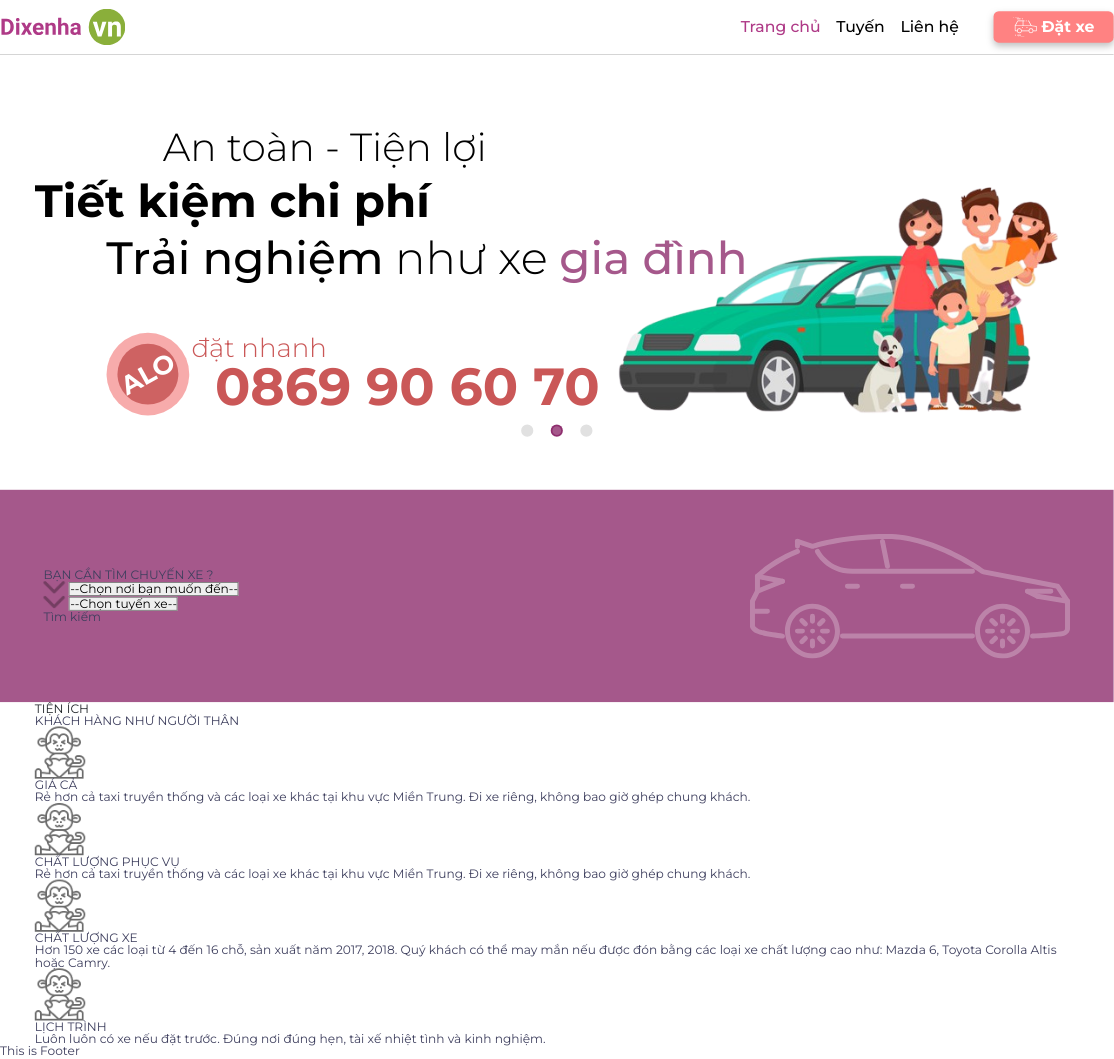
Repository: thanhthien0706/last_project--fe004
Page: lastProductF004/dist/index.html
These files come from the project's save history. The page is drawn as it stood at one moment and after the next save; the edit follows.
The browser window is 1280 px wide. The pictures show the whole page, at 87% of full size.
Some web libraries are served in a nearby version. The style sheet was rebuilt from its Sass, Less or Tailwind sources for each picture, by a compiler version that may differ from the author's.

Above is the page before, as saved 2021-09-16 21:13:33.

After the next save:
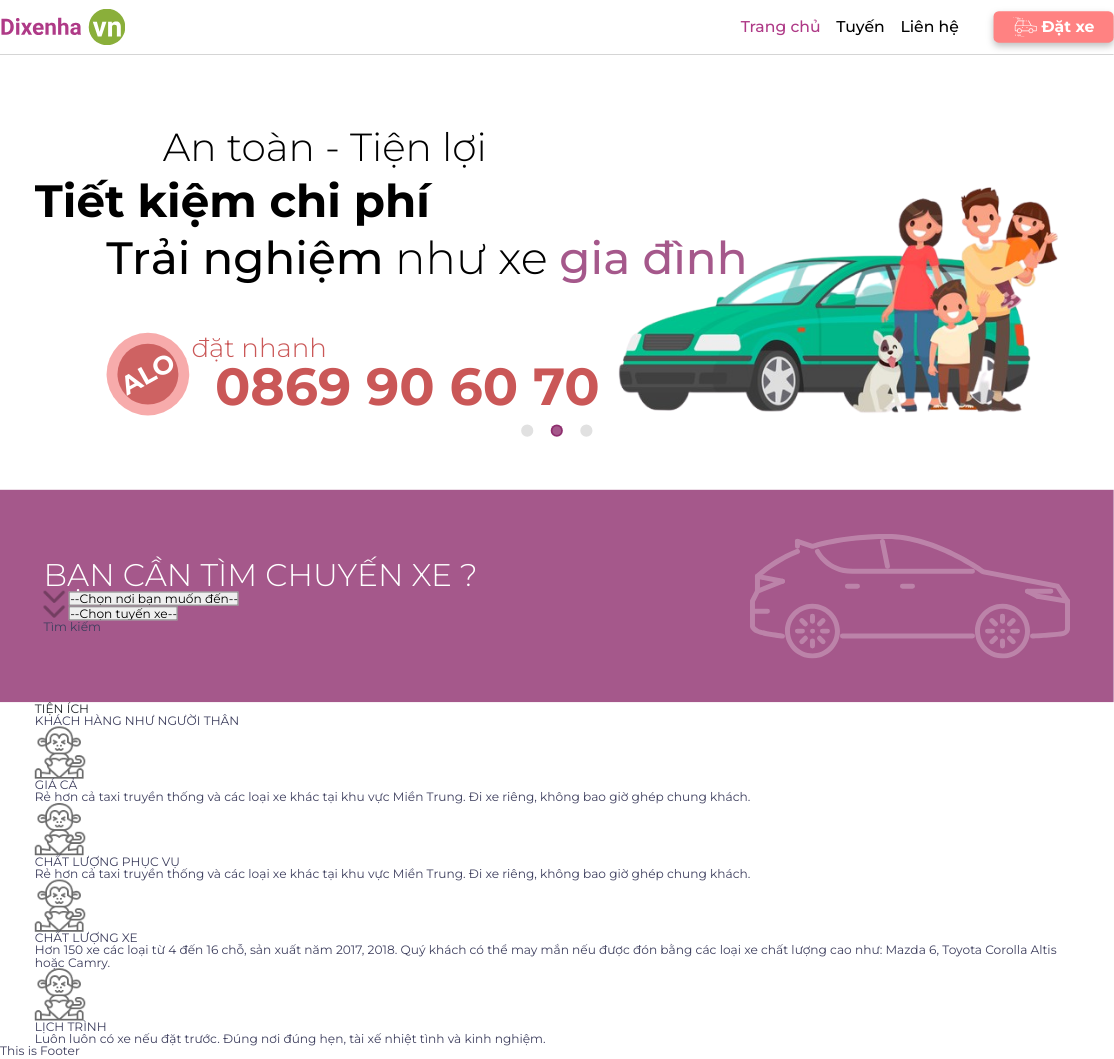
Saved 44 s later.
--- a/lastProductF004/src/styles/pages/_homepage.scss
+++ b/lastProductF004/src/styles/pages/_homepage.scss
@@ -166,7 +166,11 @@ html {
         justify-content: space-between;
         align-items: center;
         .box_left{
-
+            p{
+                @include font_size(36);
+                font-weight: 300;
+                color: #fff;
+            }
         }
         .box_right{
             img{
